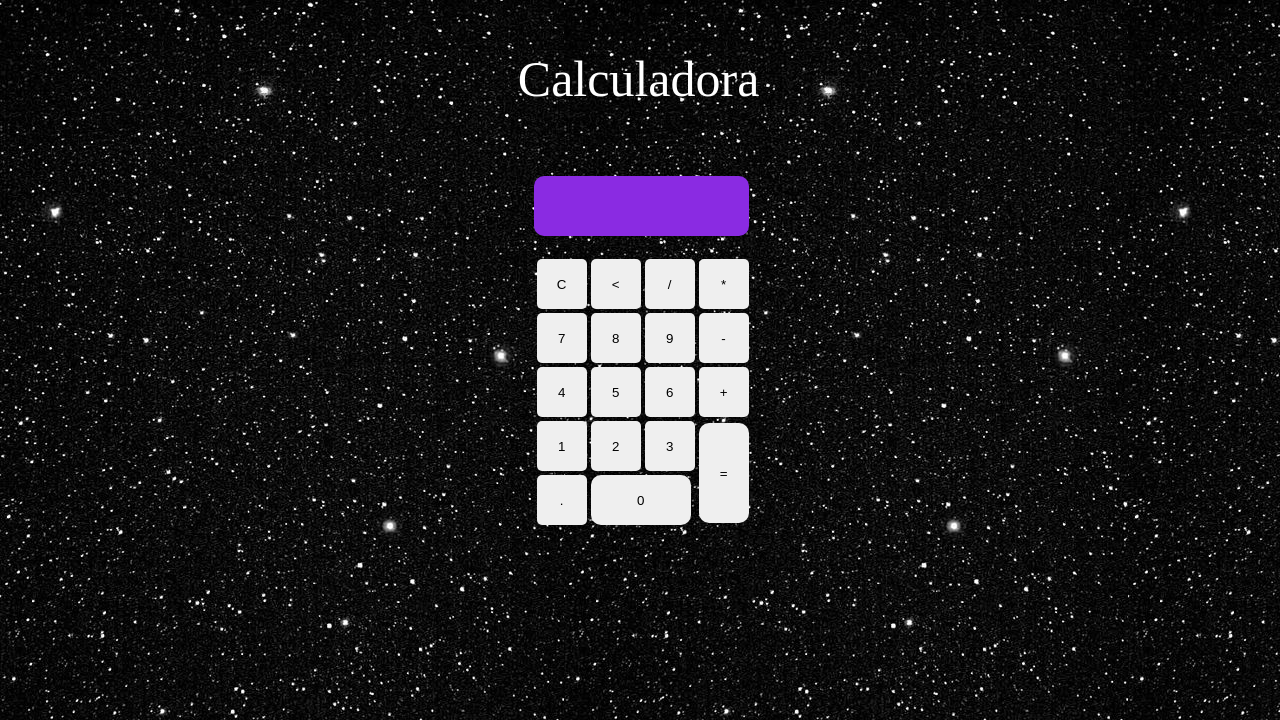
Repository: mariele-huff/calculadora
Page: index.html
These files come from the project's save history. The page is drawn as it stood at one moment and after a run of saves; the edit follows.
The browser window is 1280 px wide. The pictures show the whole page.

Above is the page before, as saved 2022-08-14 12:44:52.

After the next 2 saves:
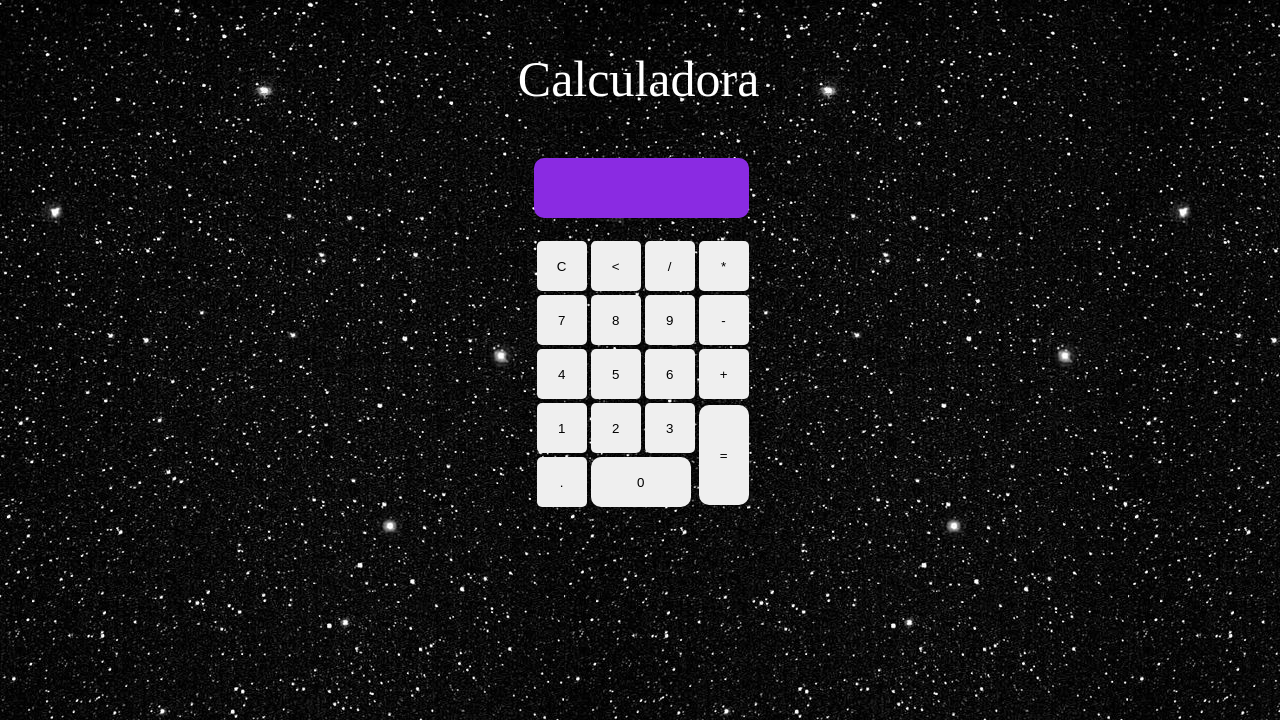
The 2 saves are shown as one change because they came seconds apart.
The last was saved 24 s later.
--- a/index.html
+++ b/index.html
@@ -17,7 +17,6 @@
     <div class="frase"></div>
     <div class="calculadora">
         <p class="titulo">Calculadora</p>
-    </br>
         <div id="resultado"></div>
         <table>
             <tr>
